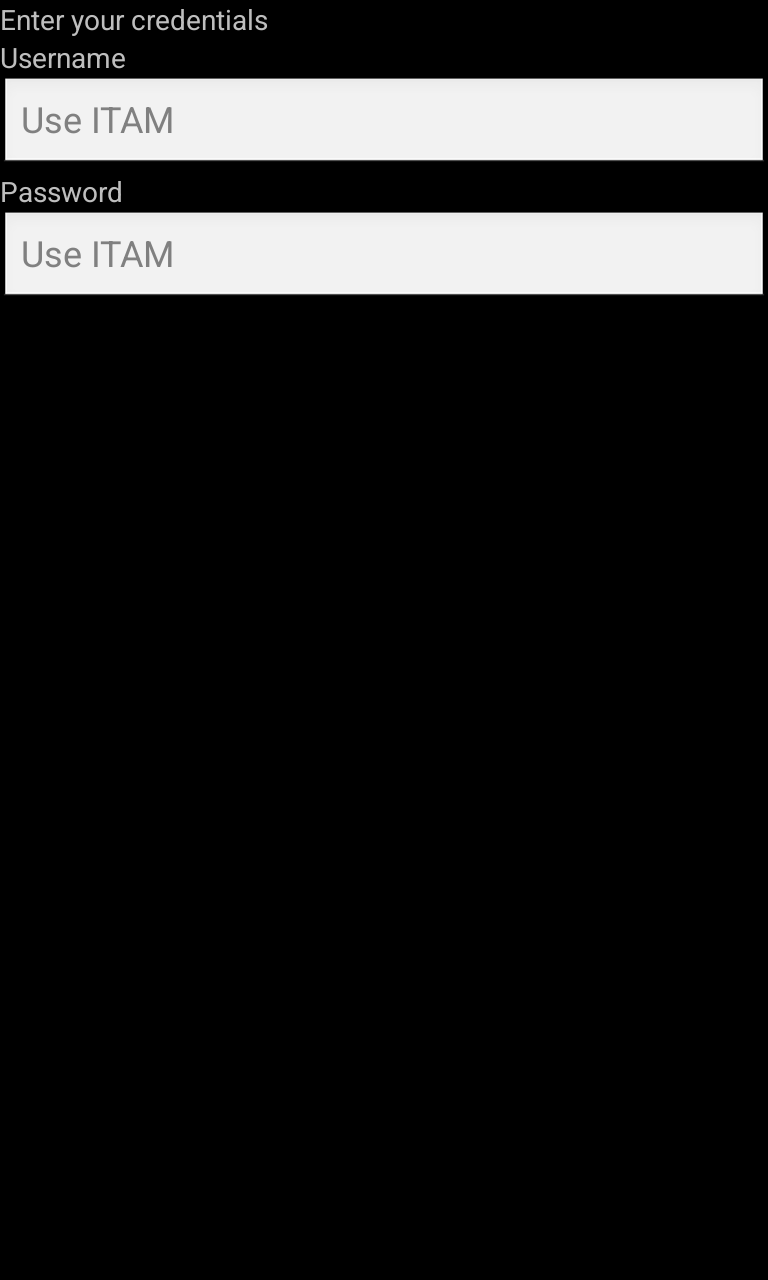
Repository: cogitovsmachina/Curso-Android-en-ITAM
Layout: SimpleLoginForm/res/layout/main.xml
An editor plug-in stored every save of this project. The layout is shown before and after a run of saves, followed by the edit.
It is drawn on a 768 x 1280 px phone screen (xhdpi) without system bars, with theme android:Theme; the app's code is not run.

Above is the layout before, as saved 2011-07-05 14:47:40.

### SimpleLoginForm/res/layout/main.xml
<?xml version="1.0" encoding="utf-8"?>
<LinearLayout xmlns:android="http://schemas.android.com/apk/res/android"
    android:orientation="vertical"
    android:layout_width="fill_parent"
    android:layout_height="fill_parent"
    >
<TextView
    android:layout_width="fill_parent"
    android:layout_height="wrap_content"
    android:text="@string/hello"
    />
<TextView
    android:layout_width="fill_parent"
    android:layout_height="wrap_content"
    android:text="Username"
    />
 <EditText
    android:layout_width="fill_parent"
    android:layout_height="wrap_content"
    android:hint="Use ITAM"
    android:id="@+id/username"
    />
<TextView
    android:layout_width="fill_parent"
    android:layout_height="wrap_content"
    android:text="Password"
    />
    <EditText
    android:layout_width="fill_parent"
    android:layout_height="wrap_content"
    android:hint="Use ITAM"
    android:id="@+id/password"
    />
</LinearLayout>

### SimpleLoginForm/res/values/strings.xml
<?xml version="1.0" encoding="utf-8"?>
<resources>
    <string name="hello">Enter your credentials</string>
    <string name="app_name">SimpleLoginForm</string>
</resources>

After the next 2 saves:
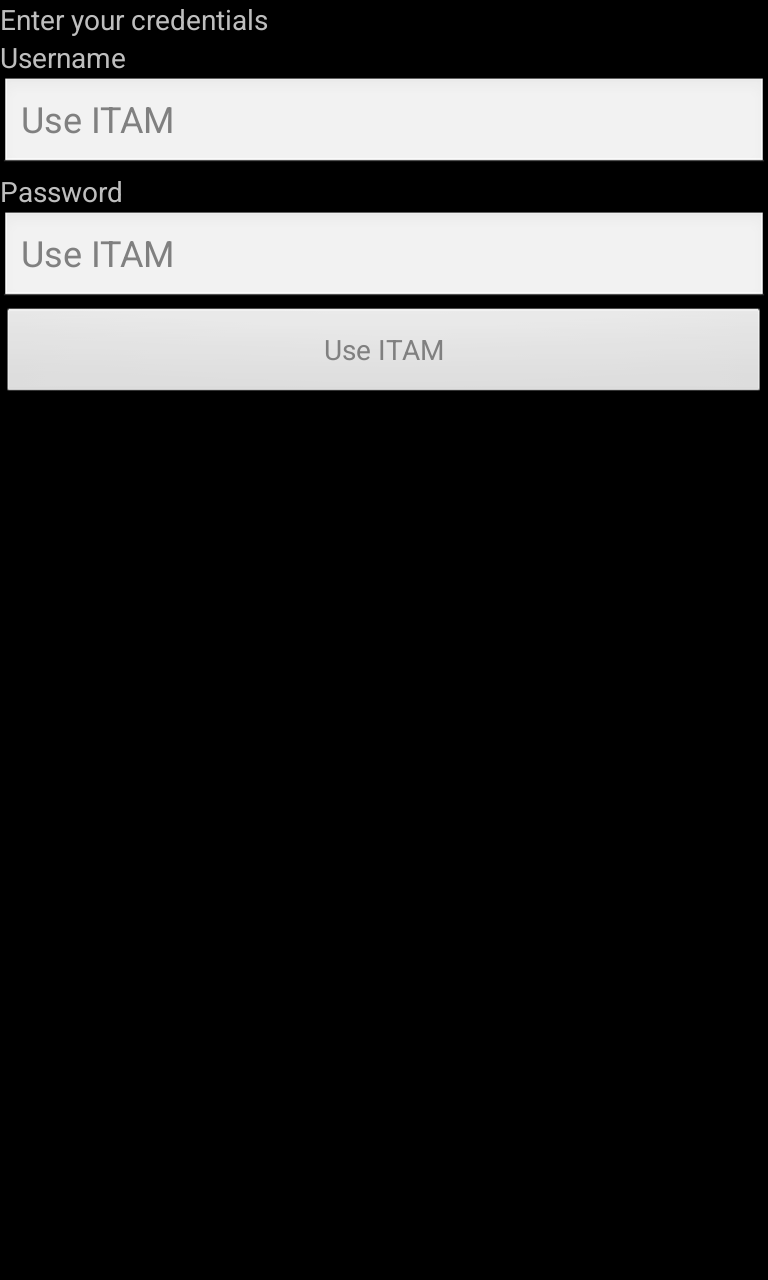
The 2 saves are shown as one change because they came seconds apart.
The last was saved 16 s later.
--- a/SimpleLoginForm/res/layout/main.xml
+++ b/SimpleLoginForm/res/layout/main.xml
@@ -31,4 +31,10 @@
     android:hint="Use ITAM"
     android:id="@+id/password"
     />
+<Button
+    android:layout_width="fill_parent"
+    android:layout_height="wrap_content"
+    android:hint="Use ITAM"
+    android:id="@+id/password"
+    />
 </LinearLayout>
